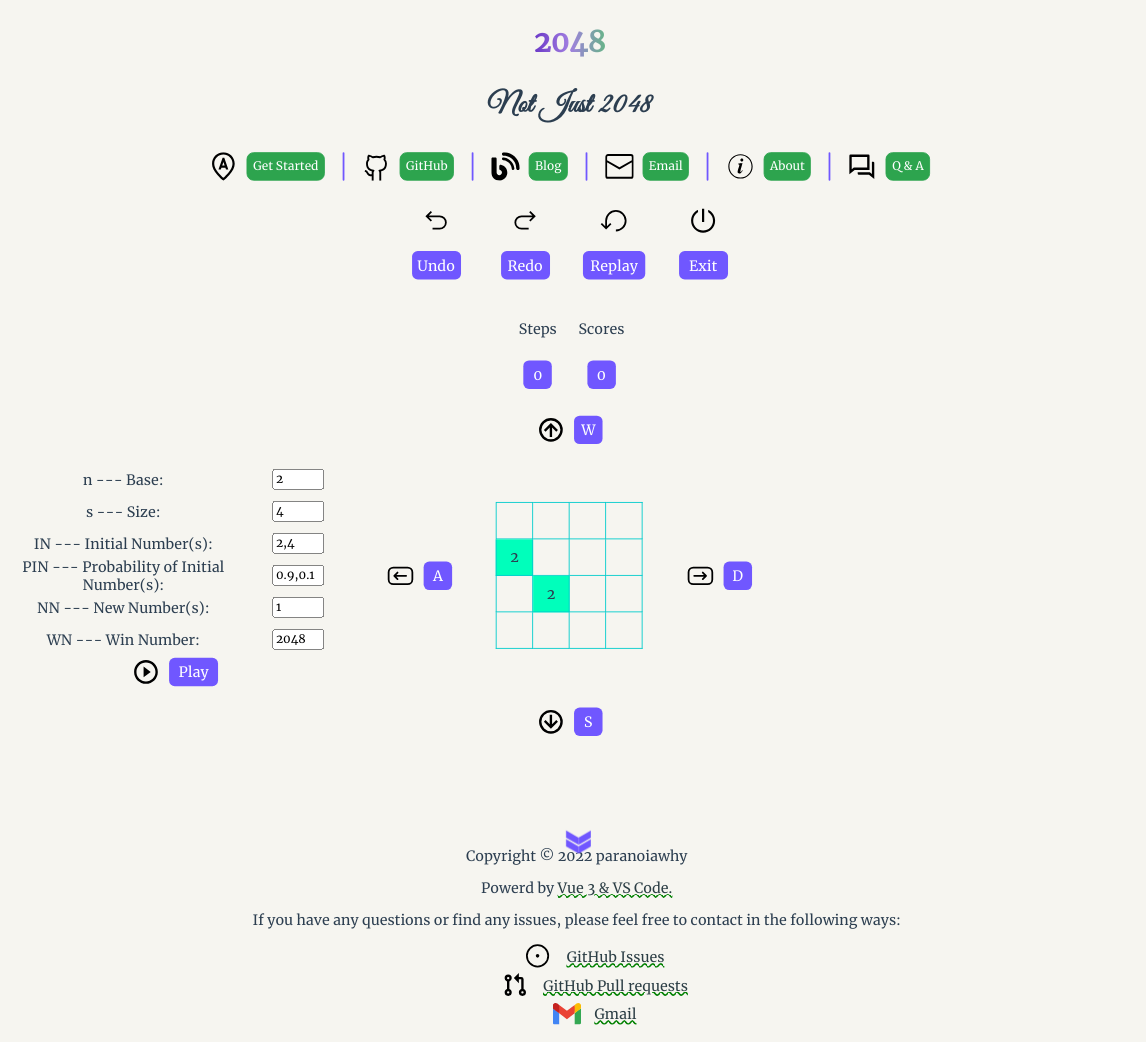
Repository: 321paranoiawhy/2048
Page: /
The author's editor kept a copy of each file at every save. The page is drawn from the files as they stood at one save, then again after the next save.
The browser window is 1280 px wide. The page is 1288 px wide, so the pictures cover 1288 px, including what lies to the right of the window. The pictures show the whole page, at 89% of full size.
The project was rebuilt for these pictures with package versions that can differ from the ones it lists, and the page was loaded fresh each time. Also part of the build but not shown: vue.config.js.

Above is the page before, as saved 2022-04-29 21:52:10.

After the next save:
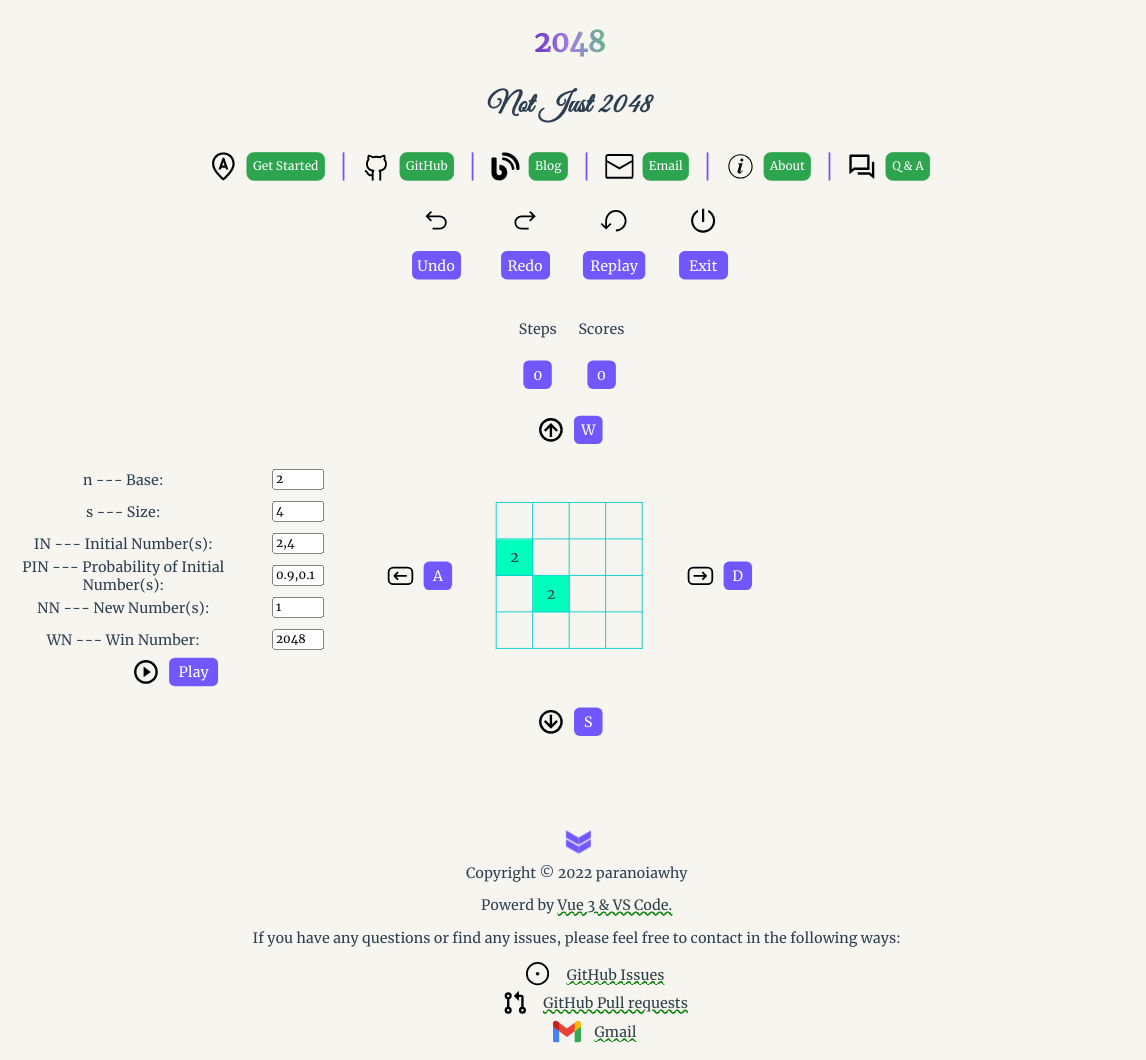
Saved 5 s later.
--- a/src/components/footer.vue
+++ b/src/components/footer.vue
@@ -89,7 +89,7 @@ footer {
         position: relative;
         width: 24px;
         height: 24px;
-        margin: 0 auto 20px;
+        margin: 0 auto 40px;
     }
 }
 
